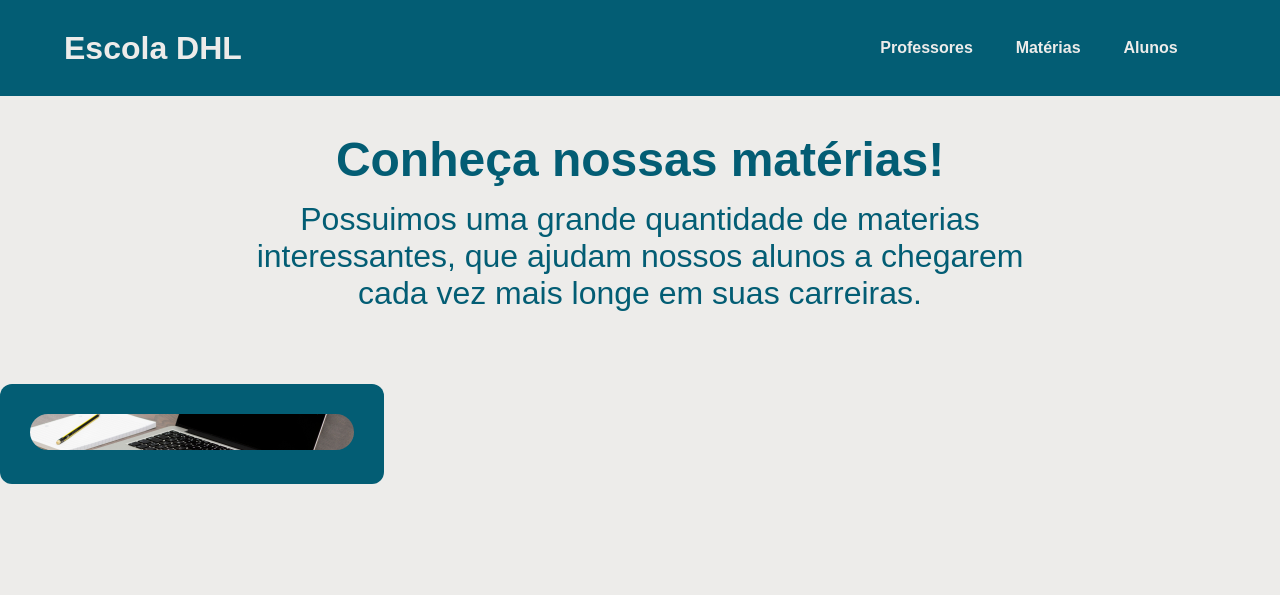
Repository: SirHick/sa-sistema-escola-DHL
Page: front/materias.html
The author's editor kept a copy of each file at every save. The page is drawn from the files as they stood at one save, then again after the next save.
The browser window is 1280 px wide. The pictures show the whole page.

Above is the page before, as saved 2026-07-17 16:32:40.

After the next save:
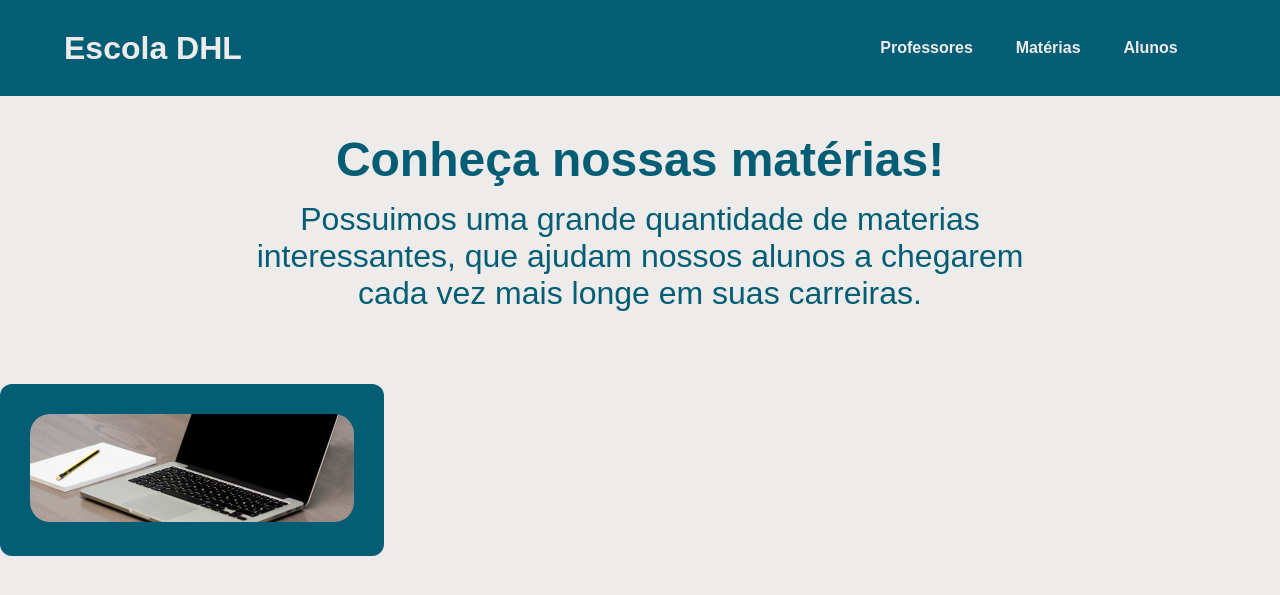
Saved 5 s later.
--- a/front/style.css
+++ b/front/style.css
@@ -91,6 +91,6 @@ header nav a{
 
 .image img{
     width: 100%;
-    height: 5vh;
+    height: 15vh;
     border-radius: 20px;
 }
